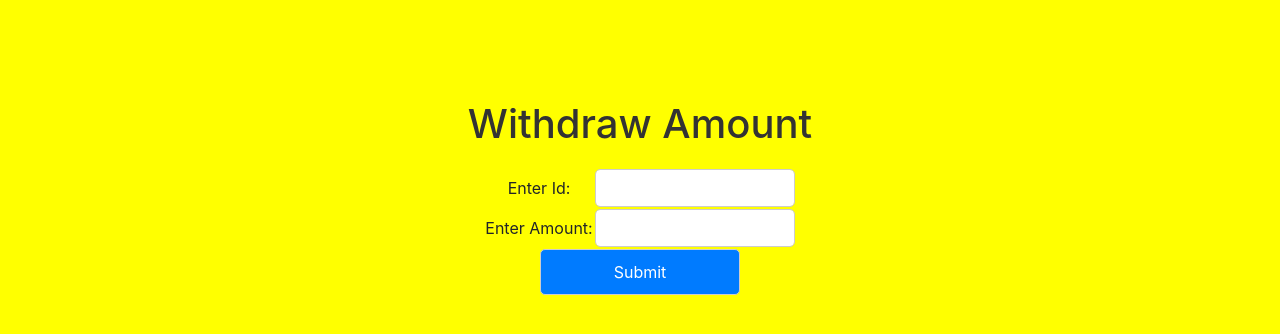
Repository: Surajkande2001/IGTSolution
Page: WebJSPProject1/src/main/webapp/Withdraw.html
The author's editor kept a copy of each file at every save. The page is drawn from the files as they stood at one save, then again after the next save.
The browser window is 1280 px wide. The pictures show the whole page.

Above is the page before, as saved 2023-07-02 16:38:08.
Console error (its wording comes from the project's code and is left out).

After the next save:
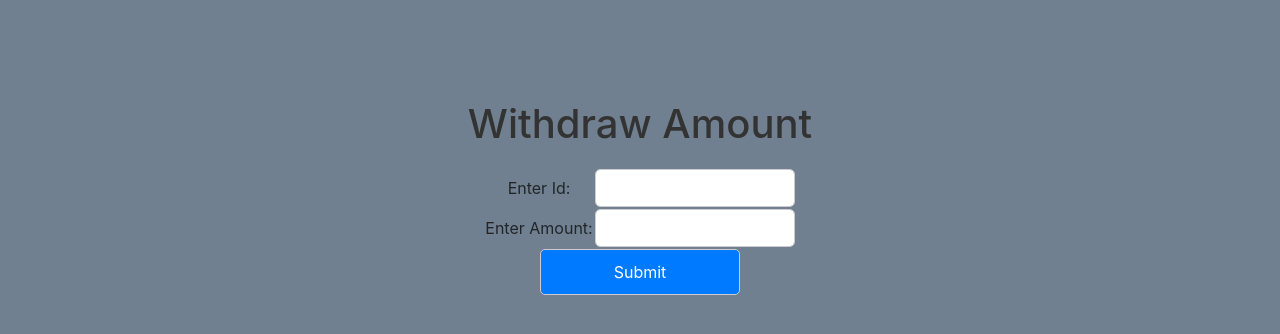
Saved 2 min 6 s later.
--- a/WebJSPProject1/src/main/webapp/Withdraw.html
+++ b/WebJSPProject1/src/main/webapp/Withdraw.html
@@ -7,7 +7,7 @@
 	<link rel="stylesheet" href="https://maxcdn.bootstrapcdn.com/bootstrap/4.5.2/css/bootstrap.min.css">
 	<style>
 		body {
-			background-color: yellow;
+			background-color: #708090;;
 		}
 
 		.container {
